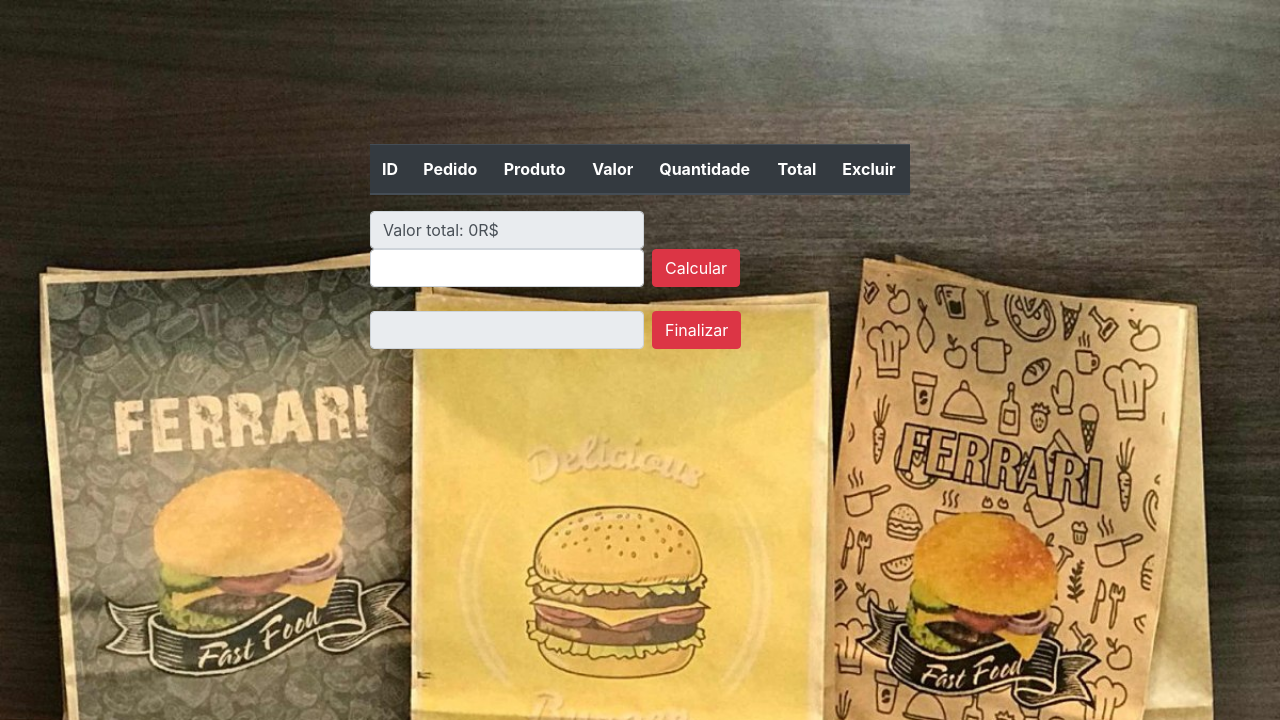
Repository: AnaMassaro/projetoRestaurante
Page: http://localhost/WEBRes/terminoPedido.jsp
An editor plug-in stored every save of this project. The page is shown before and after the next save, followed by the edit.
The browser window is 1280 px wide. The pictures show the whole page.
The page is served by Tomcat 9. Queries for data that is not in the repository find no rows.

Above is the page before, as saved 2019-12-17 03:52:56.
Console error: TypeError: Cannot read properties of undefined (reading 'fn')
Not found: WEBRes/WEBRes/style.css

After the next save:
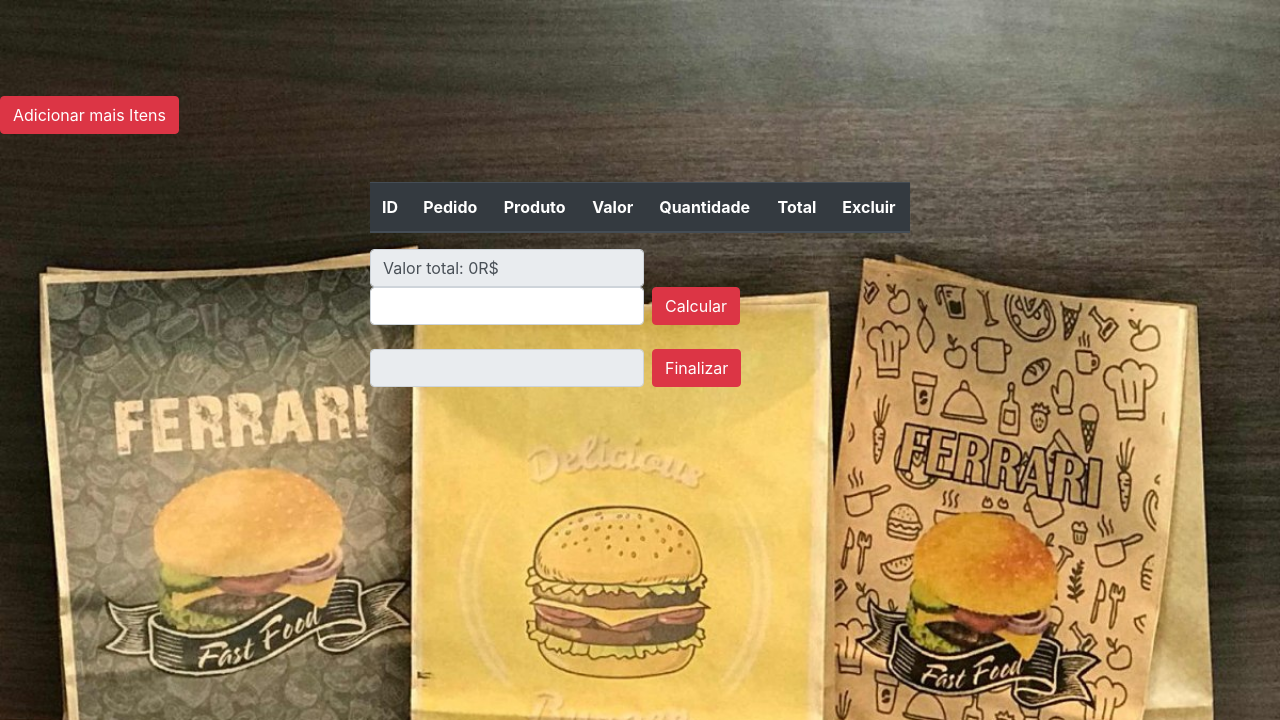
Saved 4 min 51 s later.
--- a/WEBRes/WebContent/terminoPedido.jsp
+++ b/WEBRes/WebContent/terminoPedido.jsp
@@ -39,6 +39,8 @@
 </head>
 <body>
      <br><br><br><br>
+     <button class="btn btn-danger">Adicionar mais Itens</button>
+
     <div class="container mt-5">
     	<div class="row mt-5 justify-content-center">
     		<div class="col-12 col-lg-6 col-md-6 table-responsive ">
